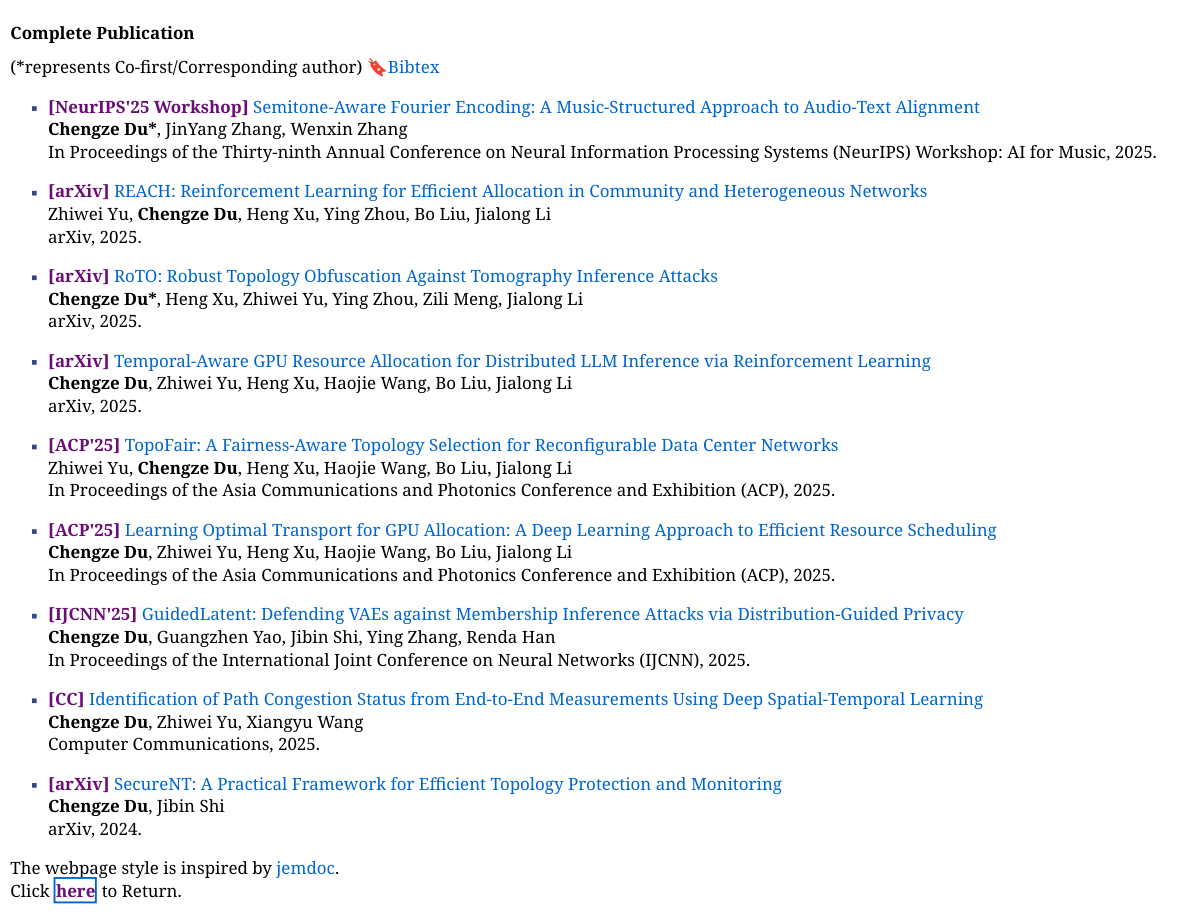
Repository: Monickar/Monickar.github.io
Page: FullPaperList.html
The author's editor kept a copy of each file at every save. The page is drawn from the files as they stood at one save, then again after a run of saves.
The browser window is 1280 px wide. The pictures show the whole page, at 94% of full size.

Above is the page before, as saved 2025-10-24 12:50:52.

### FullPaperList.html

<!DOCTYPE html PUBLIC "-//W3C//DTD XHTML 1.1//EN"
  "http://www.w3.org/TR/xhtml11/DTD/xhtml11.dtd">
<html xmlns="http://www.w3.org/1999/xhtml" xml:lang="en">
<head>
<meta http-equiv="Content-Type" content="text/html;charset=utf-8" />
<meta name="viewport" content="width=device-width,initial-scale=1.0,maximum-scale=1.0,minimum-scale=1.0,user-scalable=no">
<title>Publications</title>
<style>
  * {
    font-family: Cambria, Georgia, serif;
    font-size: 18px;
  }
  a {
      color: #0066cc; /* 设置链接颜色为蓝色 */
      text-decoration: none; /* 移除下划线 */
      font-weight: 550;
  }

  a:visited {
      color: #0066cc; /* 已访问链接保持相同颜色 */
  }

  a:hover {
      color: #004499; /* 悬停时颜色变深 */
      text-decoration: underline; /* 悬停时显示下划线 */
  }

  a:active {
      color: #0066cc; /* 点击时保持相同颜色 */
  }

  a.text-with-border {
    border: 2px solid;
    font-weight: bold;
  }

  span {
    color:rgb(106, 14, 117);
    font-weight: bold;
  }
  highlight {
    color:rgb(255, 0, 0);
  }

  ul{
    list-style: square;
  }

  ul li::marker{
    color: rgb(52, 71, 133);
    font-size: 15px;
  }
</style>
</head>
<body>
<table summary="Table for page layout." id="tlayout">


<td id="layout-content">
<div id="toptitle">
<h1>Complete Publication</h1>
</div>
(*represents Co-first/Corresponding author) <a href="./Bibtex/List.txt" style="font-size: 1.em;">🔖Bibtex</a>
<ul>



<li><p><span>[NeurIPS'25 Workshop] </span><a href=""> Semitone-Aware Fourier Encoding: A Music-Structured Approach to Audio-Text Alignment</a><br>
<strong>Chengze Du*</strong>, JinYang Zhang, Wenxin Zhang  <br>
In Proceedings of the Thirty-ninth Annual Conference on Neural Information Processing Systems (NeurIPS) Workshop: AI for Music, 2025.
<br>
</p></li>

<li><p><span>[arXiv] </span><a href="https://arxiv.org/abs/2508.12857">REACH: Reinforcement Learning for Efficient Allocation in Community and Heterogeneous Networks</a><br>
Zhiwei Yu, <strong>Chengze Du</strong>, Heng Xu, Ying Zhou, Bo Liu, Jialong Li<br>
arXiv, 2025.</p></li>


<li><p><span>[arXiv] </span><a href="https://arxiv.org/abs/2508.12852">RoTO: Robust Topology Obfuscation Against Tomography Inference Attacks</a><br>
<strong>Chengze Du*</strong>, Heng Xu, Zhiwei Yu, Ying Zhou, Zili Meng, Jialong Li <br>
arXiv, 2025.</p></li>


<li><p><span>[arXiv] </span><a href="https://arxiv.org/abs/2507.10259">Temporal-Aware GPU Resource Allocation for Distributed LLM Inference via Reinforcement Learning</a><br>
<strong>Chengze Du</strong>, Zhiwei Yu, Heng Xu, Haojie Wang, Bo Liu, Jialong Li <br>
arXiv, 2025.</p></li>


<li><p><span>[ACP'25] </span><a href="">TopoFair: A Fairness-Aware Topology Selection for Reconfigurable Data Center Networks</a><br>
 Zhiwei Yu, <strong>Chengze Du</strong>, Heng Xu, Haojie Wang, Bo Liu, Jialong Li<br>
In Proceedings of the Asia Communications and Photonics Conference and Exhibition (ACP), 2025.
<br>
</p></li>

<li><p><span>[ACP'25] </span><a href="">Learning Optimal Transport for GPU Allocation: A Deep Learning Approach to Efficient Resource Scheduling</a><br>
<strong>Chengze Du</strong>, Zhiwei Yu, Heng Xu, Haojie Wang, Bo Liu, Jialong Li<br>
In Proceedings of the Asia Communications and Photonics Conference and Exhibition (ACP), 2025.
<br>
</p></li>


<li><p><span>[IJCNN'25] </span><a href=""> GuidedLatent: Defending VAEs against Membership Inference Attacks via Distribution-Guided Privacy</a><br>
<strong>Chengze Du</strong>, Guangzhen Yao, Jibin Shi, Ying Zhang, Renda Han<br>
In Proceedings of the International Joint Conference on Neural Networks (IJCNN), 2025.
<br>
</p></li>


<li><p><span>[CC] </span><a href="https://www.sciencedirect.com/science/article/pii/S0140366425001513">	Identification of Path Congestion Status from End-to-End Measurements Using Deep Spatial-Temporal Learning</a><br>
<strong>Chengze Du</strong>, Zhiwei Yu, Xiangyu Wang<br>
Computer Communications, 2025. </p></li>


<li><p><span>[arXiv] </span><a href="https://arxiv.org/abs/2412.08177v1">SecureNT: A Practical Framework for Efficient Topology Protection and Monitoring</a><br>
<strong>Chengze Du</strong>, Jibin Shi <br>
arXiv, 2024.</p></li>


</ul>
<div id="footer">
<div id="footer-text" float="right">
The webpage style is inspired by <a href="http://jemdoc.jaboc.net/">jemdoc</a>. <br>
Click <a href="index.html" class="text-with-border"><span >here</span></a> to Return.
</div>
</div>

</td>
</table>
</body>
</html>

<!--
    <tr>
      <td style="padding:16px;width:20%;vertical-align:top">
        <div class="one">
          <img src="images/SecureNT-2.png" class="bottom" alt="SecureNT alternate" width="180" height="100">
          <img src="images/SecureNT.png" class="top" alt="SecureNT" style="width:180px; height:100px;">
        </div>
      </td>
      <td style="padding:8px;width:80%;vertical-align:top">
        <a href="https://link.springer.com/chapter/10.1007/978-981-96-9914-8_9">
			<span class="papertitle">SecureNT: Smart Topology Obfuscation for Privacy-Aware Network Monitoring
        </a>
        <br>
				<strong>Chengze Du</strong>,
                Jibin Shi,
                Hui Xu,
                Guangzhen Yao
        <br>
        <em>  International Conference on Intelligent Computing &nbsp <strong>(ICIC 2025)</strong> </em>
        <br>
        <a href="https://gitee.com/Monickar/secure-nt" style="font-size: 0.8em;">[📁Code]</a>
        <a href="./files/ICIC_2025.pdf" style="font-size: 0.8em;">[📜Paper]</a>
        <a href="https://arxiv.org/abs/2412.08177" style="font-size: 0.8em;">[😀arXiv]</a>  &nbsp <font color="#FF646D"> <strong>Oral</strong></font>

      </td>
    </tr>

-->

After the next 2 saves:
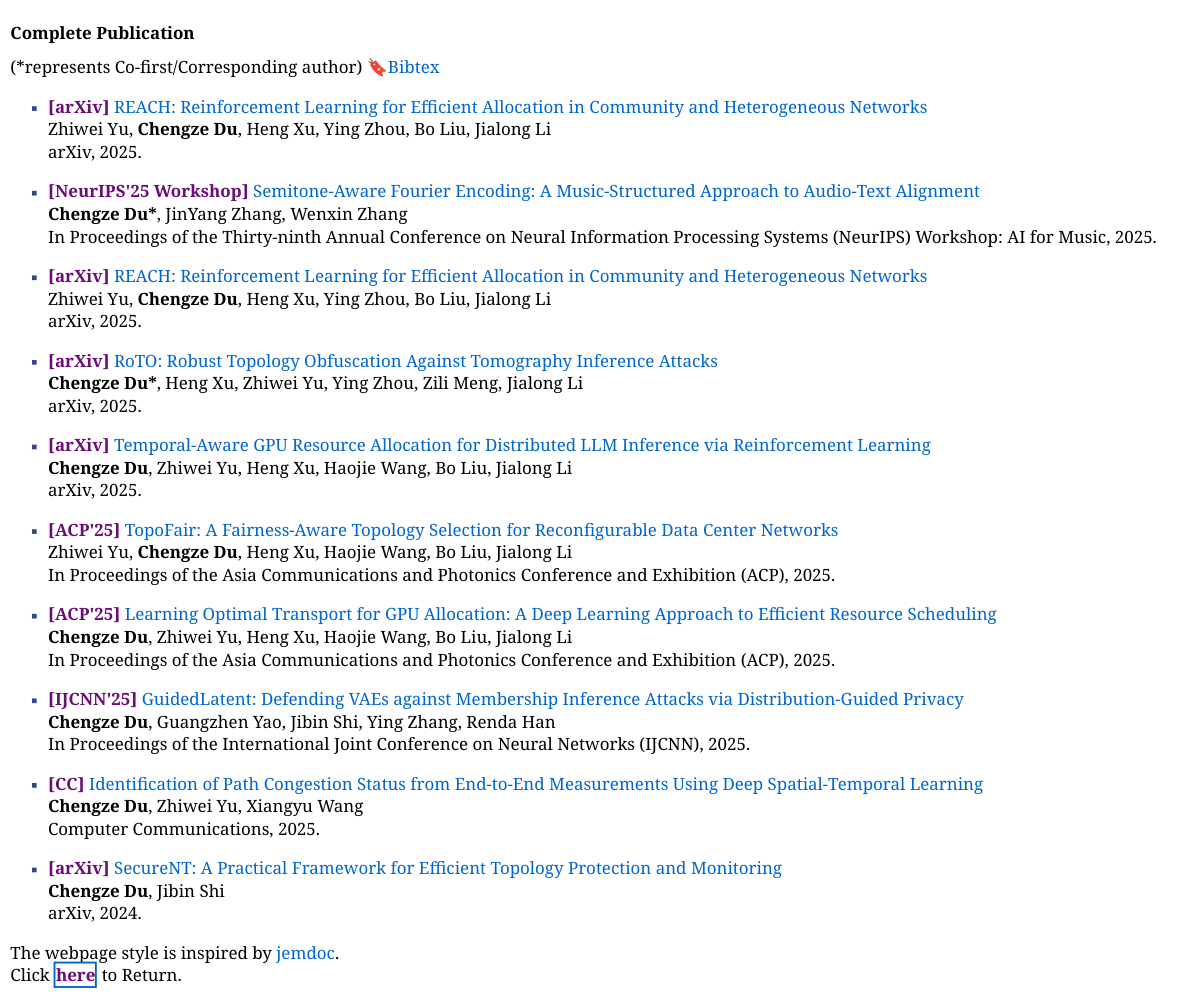
The 2 saves are shown as one change because they came seconds apart.
The last was saved 5 s later.
--- a/FullPaperList.html
+++ b/FullPaperList.html
@@ -64,6 +64,9 @@
 (*represents Co-first/Corresponding author) <a href="./Bibtex/List.txt" style="font-size: 1.em;">🔖Bibtex</a>
 <ul>
 
+<li><p><span>[arXiv] </span><a href="https://arxiv.org/abs/2508.12857">REACH: Reinforcement Learning for Efficient Allocation in Community and Heterogeneous Networks</a><br>
+Zhiwei Yu, <strong>Chengze Du</strong>, Heng Xu, Ying Zhou, Bo Liu, Jialong Li<br>
+arXiv, 2025.</p></li>
 
 
 <li><p><span>[NeurIPS'25 Workshop] </span><a href=""> Semitone-Aware Fourier Encoding: A Music-Structured Approach to Audio-Text Alignment</a><br>
